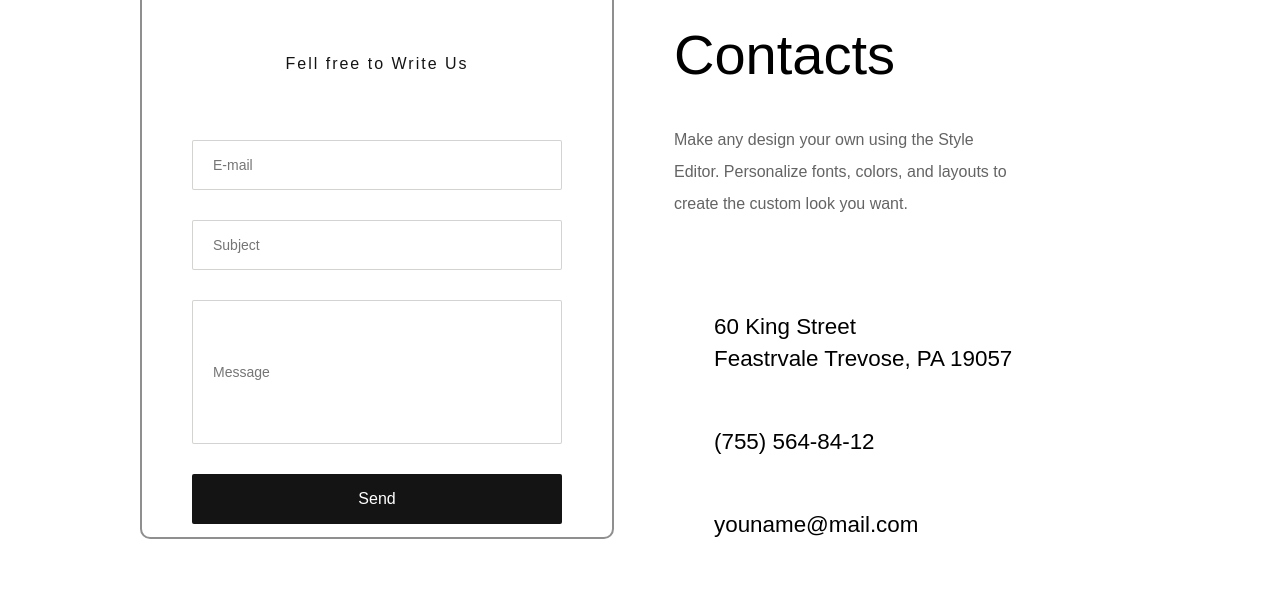
Repository: sogeisetsu/suy-ife
Page: 009-011/index.html
These files come from the project's save history. The page is drawn as it stood at one moment and after the next save; the edit follows.
The browser window is 1280 px wide. The pictures show the part of the page from y = 3840 to 4430 px (the page is 4430 px tall).
A picture or video elsewhere on the page could not be fetched, so the positions and the page height are approximate.

Above is the page before, as saved 2019-10-13 02:55:29.

After the next save:
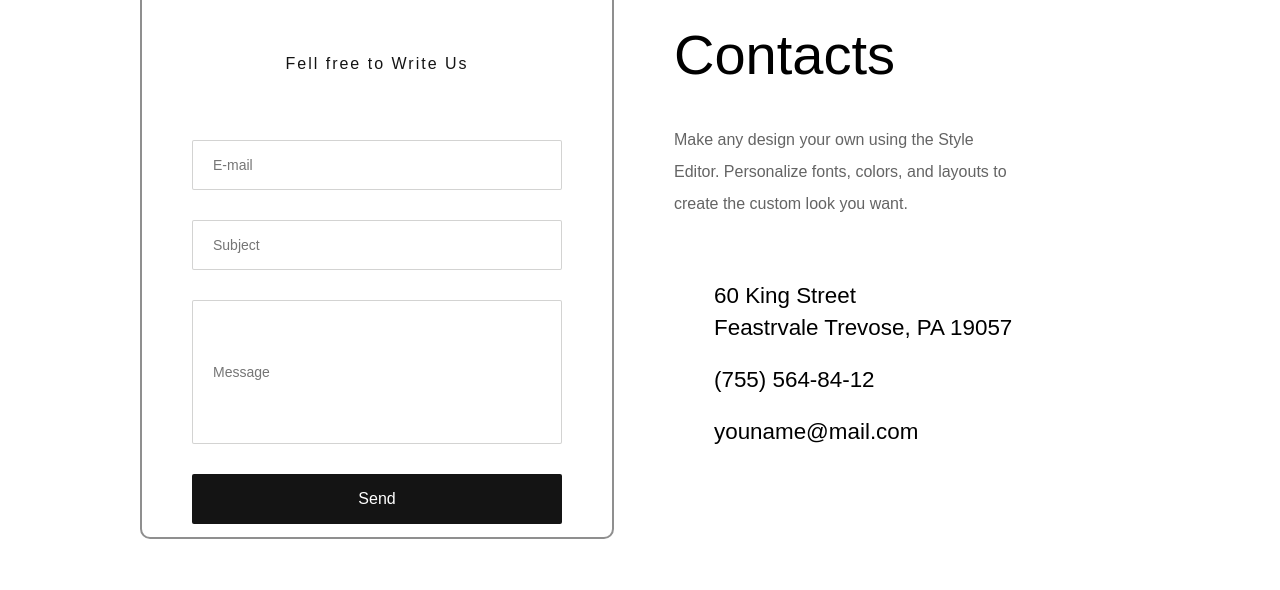
Saved 32 s later.
--- a/009-011/index.css
+++ b/009-011/index.css
@@ -421,7 +421,6 @@ input{
     line-height: 2em;
     list-style-position: outside;
     list-style-type: none;
-    list-style-image: url(sucai/Facebook.png);
 }
 .p7text .text ul li{
     margin-bottom: 20px;
